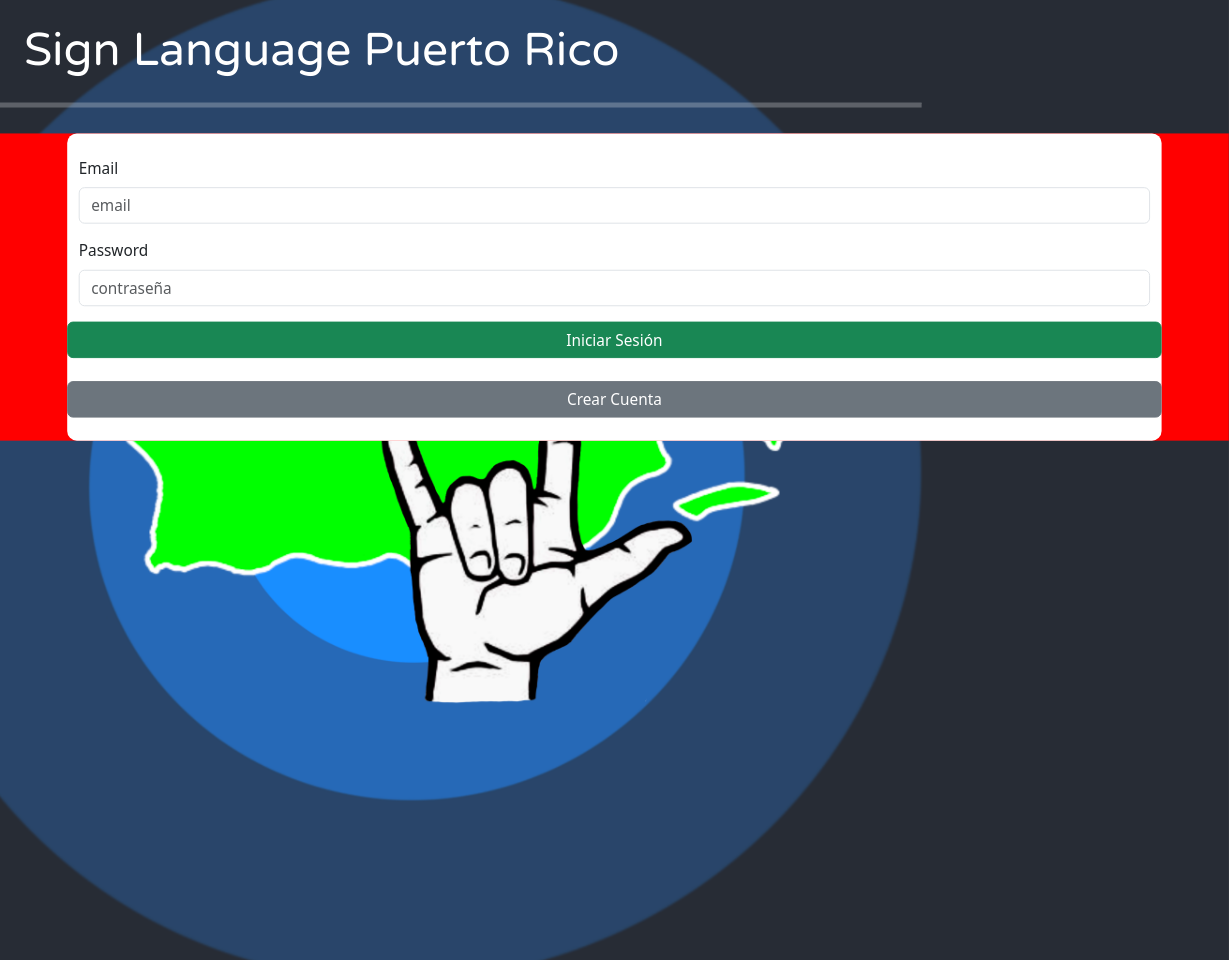
Repository: Dav1497/sign-language-pr
Page: /
These files come from the project's save history. The page is drawn as it stood at one moment and after the next save; the edit follows.
The browser window is 1280 px wide. The pictures show the whole page, at 96% of full size.
The project was rebuilt for these pictures with package versions that can differ from the ones it lists, and the page was loaded fresh each time.

Above is the page before, as saved 2021-02-27 00:10:54.

After the next save:
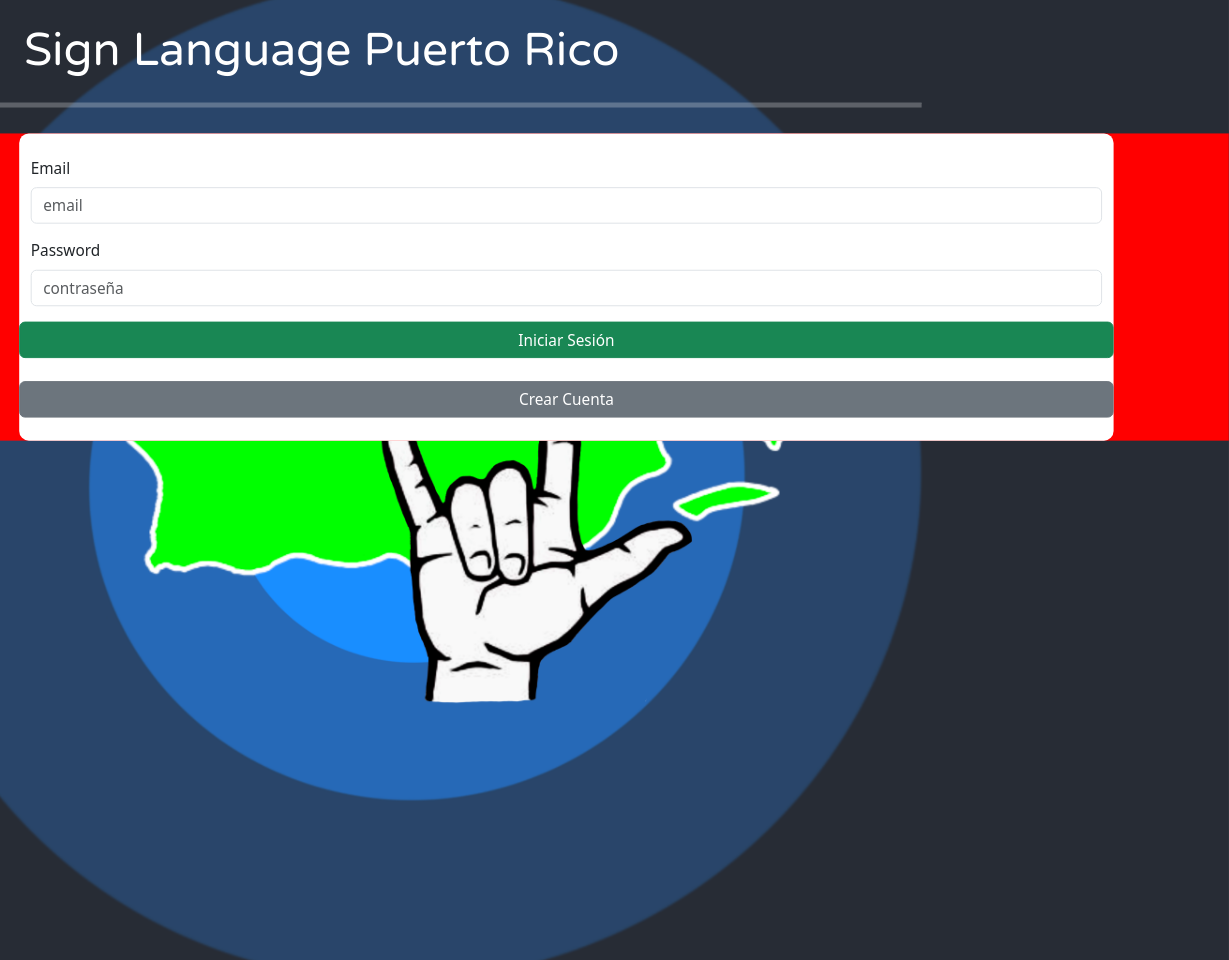
Saved 29 s later.
--- a/src/Login.css
+++ b/src/Login.css
@@ -61,6 +61,6 @@
 .contenedor{
     float: right;
     width: 100%;
-    /* padding-right: 100px; */
+    padding-right: 100px;
     background-color: red;
 }
